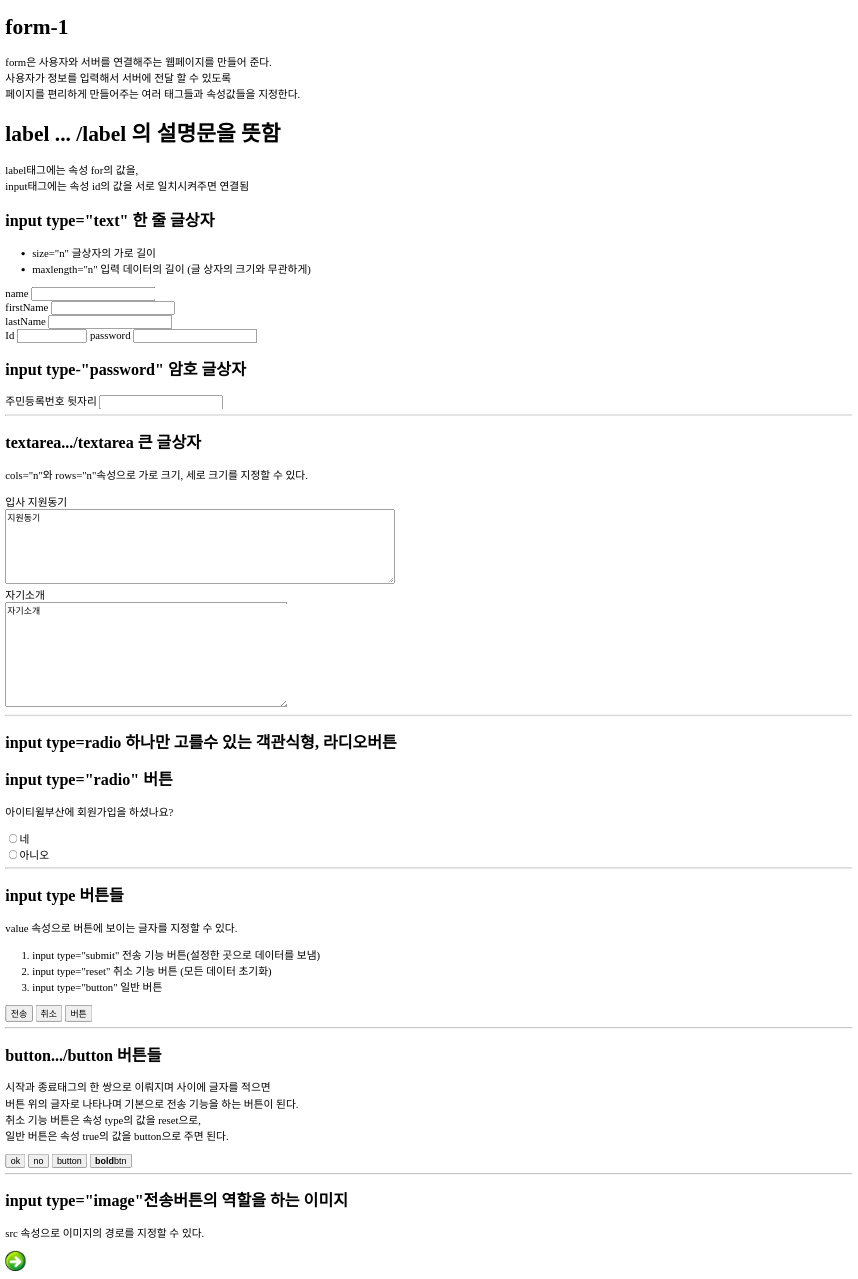
Repository: ReadStar/Web
Page: Html/html5/WebContent/form-1.html
These files come from the project's save history. The page is drawn as it stood at one moment and after the next save; the edit follows.
The browser window is 1280 px wide. The pictures show the whole page, at 67% of full size.

Above is the page before, as saved 2020-08-06 07:54:57.

### Html/html5/WebContent/form-1.html
<!DOCTYPE html>
<html>
<head>
<meta charset="UTF-8">
<title>Insert title here</title>
</head>
<body>
<h1>form-1</h1>
<p>form은 사용자와 서버를 연결해주는 웹페이지를 만들어 준다.<br>
	사용자가 정보를 입력해서 서버에 전달 할 수 있도록<br>
	페이지를 편리하게 만들어주는 여러 태그들과 속성값들을 지정한다.
</p>
<form action="test.jsp" method="get">
<h1>label ... /label 의 설명문을 뜻함</h1>
<p>label태그에는 속성 for의 값을,<br>
  input태그에는 속성 id의 값을 서로 일치시켜주면 연결됨</p>
<h2>input type="text" 한 줄 글상자</h2>
<ul>
<li>size="n" 글상자의 가로 길이</li>
<li>maxlength="n" 입력 데이터의 길이 (글 상자의 크기와 무관하게) </li>
</ul>
	<label for="name">name</label> <input type="text" id="name"><br>
	<label for="f-name">firstName</label> <input type="text" id="f-name"><br>
	<label for="l-name">lastName</label> <input type="text" id="l-name"><br>
	<label for="id">Id</label> <input type="text" id="Id" maxlength="6" size="10">
	<label for="pwd">password</label> <input type="password" id="pwd" maxlength="12"><br>
<h2>input type-"password" 암호 글상자</h2>
	<label for="pass">주민등록번호 뒷자리</label> <input type="password" id="pass" maxlength="7"><br>
<hr>
<h2>textarea.../textarea 큰 글상자</h2>
<p>cols="n"와 rows="n"속성으로 가로 크기, 세로 크기를 지정할 수 있다.</p>
<label>입사 지원동기<br>
<textarea rows="7" cols="70">지원동기</textarea><br>
</label>


<label for="txt02">자기소개</label><br>
<textarea rows="10" cols="50">자기소개</textarea>
<hr>
<h2>input type=radio 하나만 고를수 있는 객관식형, 라디오버튼</h2>
<h2>input type="radio" 버튼</h2>
<p>아이티윌부산에 회원가입을 하셨나요?</p>
<label><input type="radio" name="itw-m">네</label><br>
<label><input type="radio" name="itw-m">아니오</label>

<hr>
<h2>input type 버튼들</h2>
<p> value 속성으로 버튼에 보이는 글자를 지정할 수 있다.</p>
<ol>
<li>input type="submit" 전송 기능 버튼(설정한 곳으로 데이터를 보냄)</li>
<li>input type="reset" 취소 기능 버튼 (모든 데이터 초기화)</li>
<li>input type="button" 일반 버튼</li>
</ol>

<input type="submit" value="전송">
<input type="reset" value="취소">

<input type="button" value="버튼" onclick="alert('아무것도아님')"><br>

<hr>
<h2>button.../button 버튼들</h2>
<p>시작과 종료태그의 한 쌍으로 이뤄지며 사이에 글자를 적으면<br>
버튼 위의 글자로 나타나며 기본으로 전송 기능을 하는 버튼이 된다.<br>
취소 기능 버튼은 속성 type의 값을  reset으로,<br>
일반 버튼은 속성 true의 값을 button으로 주면 된다.</p>
<button>ok</button>
<button type="reset">no</button>

<button type="button" onmouseover="alert('조심')">button</button>
<button type="button"><b>bold</b>btn</button>

<hr>
<h2>input type="image"전송버튼의 역할을 하는 이미지</h2>
<p>src 속성으로 이미지의 경로를 지정할 수 있다.</p>

<input type="image" src="img.gif" width="30" height="30">
</form>

</body>
</html>

After the next save:
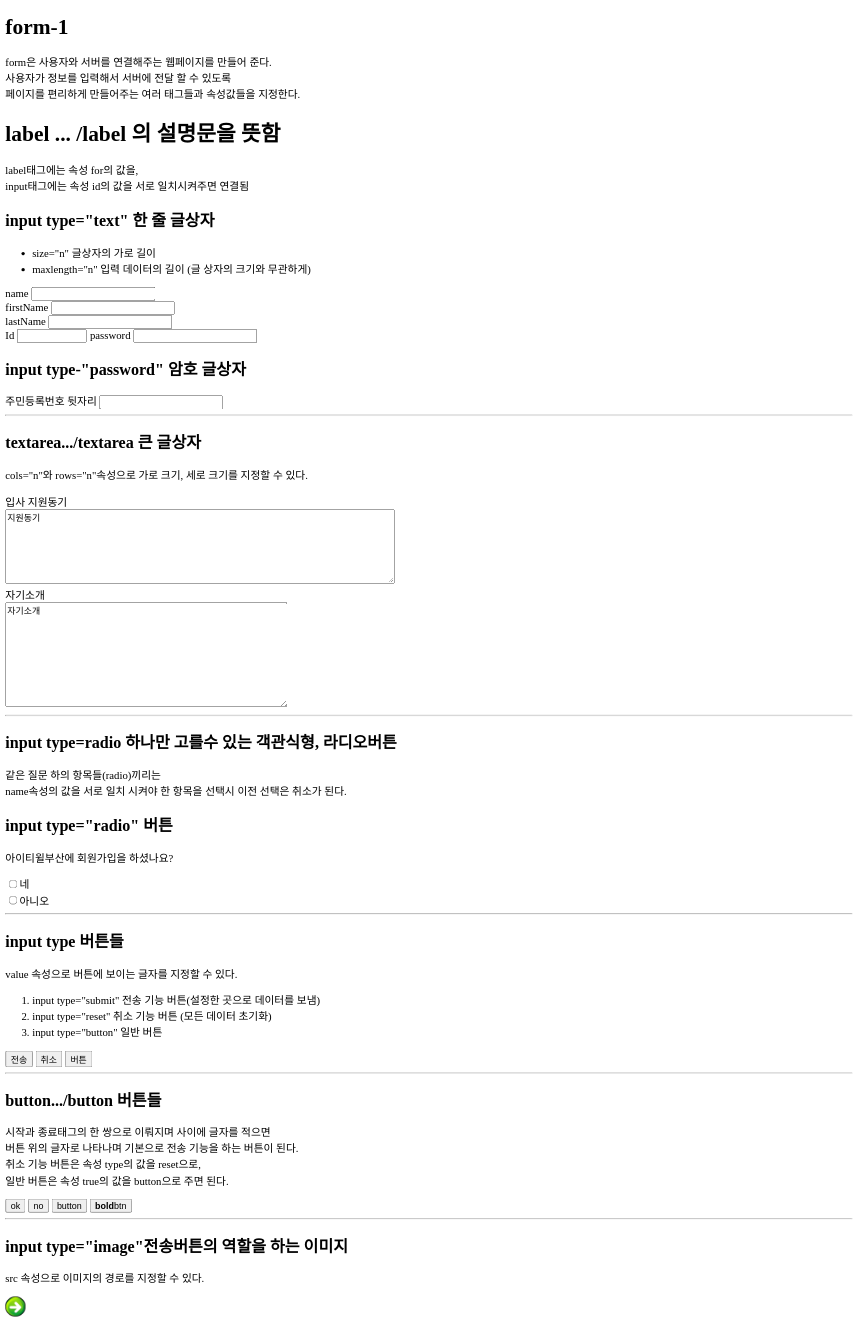
Saved 32 s later.
--- a/Html/html5/WebContent/form-1.html
+++ b/Html/html5/WebContent/form-1.html
@@ -38,6 +38,8 @@
 <textarea rows="10" cols="50">자기소개</textarea>
 <hr>
 <h2>input type=radio 하나만 고를수 있는 객관식형, 라디오버튼</h2>
+<p>같은 질문 하의 항목들(radio)끼리는<br>
+	name속성의 값을 서로 일치 시켜야 한 항목을 선택시 이전 선택은 취소가 된다.</p>
 <h2>input type="radio" 버튼</h2>
 <p>아이티윌부산에 회원가입을 하셨나요?</p>
 <label><input type="radio" name="itw-m">네</label><br>
